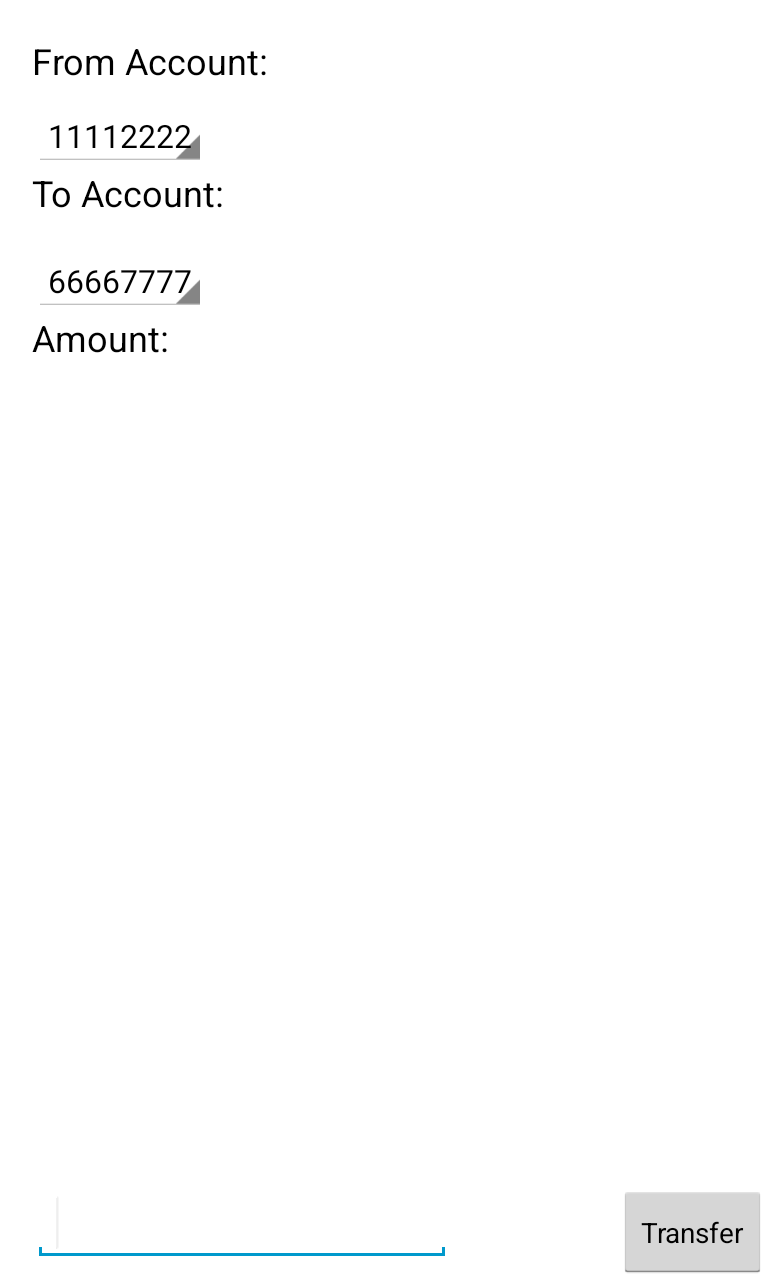
Repository: chaneyjd/android
Layout: amqtt/res/layout/activity_main.xml
An editor plug-in stored every save of this project. The layout is shown before and after the next save, followed by the edit.
It is drawn on a 768 x 1280 px phone screen (xhdpi) without system bars, with theme AppTheme; the app's code is not run.

Above is the layout before, as saved 2014-05-06 17:54:42.

After the next save:
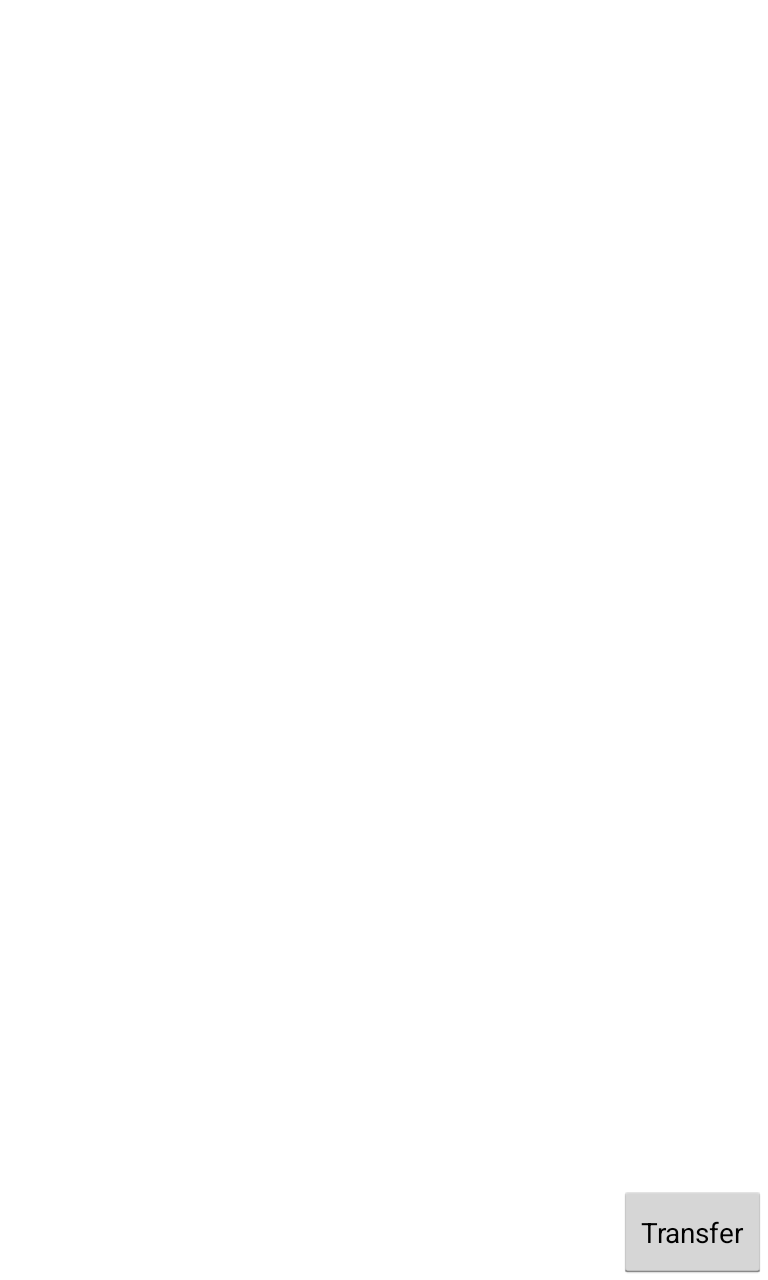
Saved 49 s later.
--- a/amqtt/res/layout/activity_main.xml
+++ b/amqtt/res/layout/activity_main.xml
@@ -4,59 +4,6 @@
     android:layout_height="300dp"
     android:paddingLeft="@dimen/activity_horizontal_margin"
     tools:context=".MainActivity" >
-
-    <Spinner
-        android:id="@+id/spinner1"
-        android:layout_width="wrap_content"
-        android:layout_height="wrap_content"
-        android:layout_alignParentLeft="true"
-        android:layout_centerHorizontal="true"
-        android:layout_marginTop="52dp"
-        android:entries="@array/From_Account" />
-
-    <TextView
-        android:id="@+id/textView2"
-        android:layout_width="wrap_content"
-        android:layout_height="wrap_content"
-        android:layout_alignParentLeft="true"
-        android:layout_alignParentTop="false"
-        android:layout_below="@+id/spinner1"
-        android:text="To Account:"
-        android:textAppearance="?android:attr/textAppearanceMedium" />
-
-    <Spinner
-        android:id="@+id/spinner2"
-        android:layout_width="wrap_content"
-        android:layout_height="wrap_content"
-        android:layout_alignLeft="@+id/spinner1"
-        android:layout_alignParentLeft="true"
-        android:layout_below="@+id/textView2"
-        android:layout_marginTop="16dp"
-        android:entries="@array/To_Account" />
-
-    <TextView
-        android:id="@+id/textView3"
-        android:layout_width="wrap_content"
-        android:layout_height="wrap_content"
-        android:layout_above="@+id/button2"
-        android:layout_alignLeft="@+id/spinner2"
-        android:layout_alignParentLeft="true"
-        android:layout_alignRight="@+id/textView1"
-        android:layout_below="@+id/spinner2"
-        android:text="Amount:"
-        android:textAppearance="?android:attr/textAppearanceMedium" />
-
-    <EditText
-        android:id="@+id/editText1"
-        android:layout_width="wrap_content"
-        android:layout_height="wrap_content"
-        android:layout_alignLeft="@+id/textView3"
-        android:layout_alignParentLeft="true"
-        android:layout_below="@+id/textView3"
-        android:ems="10" >
-
-        <requestFocus />
-    </EditText>
 
     <Button
         android:id="@+id/button2"
@@ -68,15 +15,4 @@
         android:onClick="popup"
         android:text="Transfer" />
 
-    <TextView
-        android:id="@+id/textView1"
-        android:layout_width="wrap_content"
-        android:layout_height="wrap_content"
-        android:layout_alignLeft="@+id/spinner1"
-        android:layout_alignParentLeft="true"
-        android:layout_alignParentTop="true"
-        android:layout_marginTop="18dp"
-        android:text="From Account:"
-        android:textAppearance="?android:attr/textAppearanceMedium" />
-
 </RelativeLayout>
